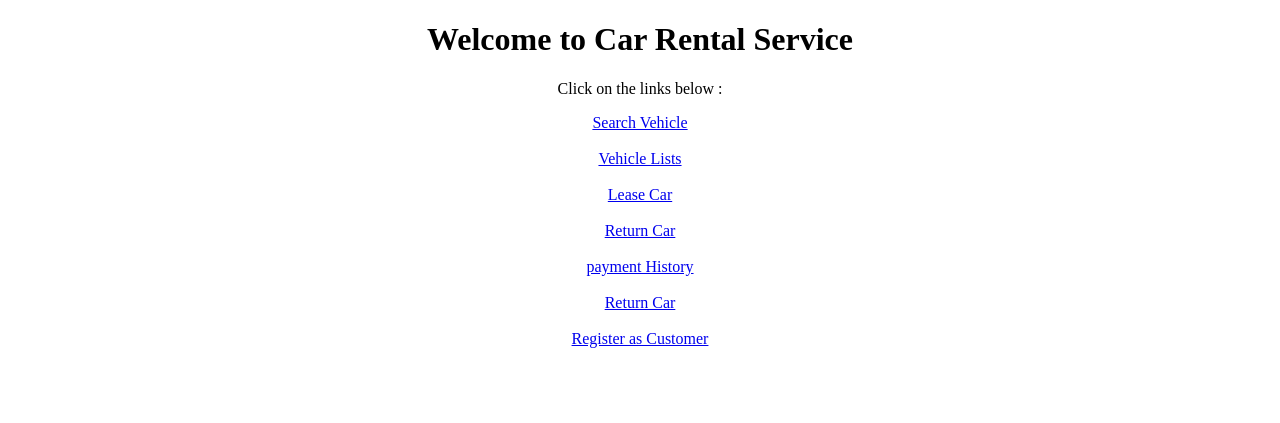
Repository: harsh23012/InfiniteProjects
Page: CarRent/carrent/src/main/webapp/UserPage.html
The author's editor kept a copy of each file at every save. The page is drawn from the files as they stood at one save, then again after the next save.
The browser window is 1280 px wide. The pictures show the whole page.

Above is the page before, as saved 2025-05-05 18:57:57.

After the next save:
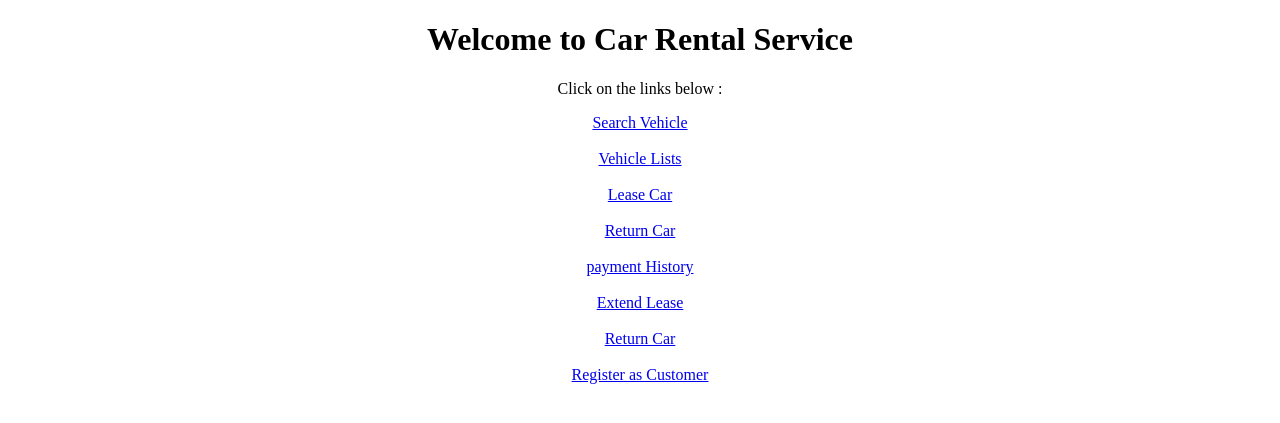
Saved 50 s later.
--- a/CarRent/carrent/src/main/webapp/UserPage.html
+++ b/CarRent/carrent/src/main/webapp/UserPage.html
@@ -27,6 +27,9 @@
         <!-- Link to see Payment Details -->
         <a href="PaymentDetailByCust.html">payment History</a><br><br>
 
+        <!-- Link to Extend leased car -->
+        <a href="ExtendLease.html">Extend Lease</a><br><br>
+
         <!-- Link to Return leased car -->
         <a href="ReturnCar.html">Return Car</a><br><br>
 
